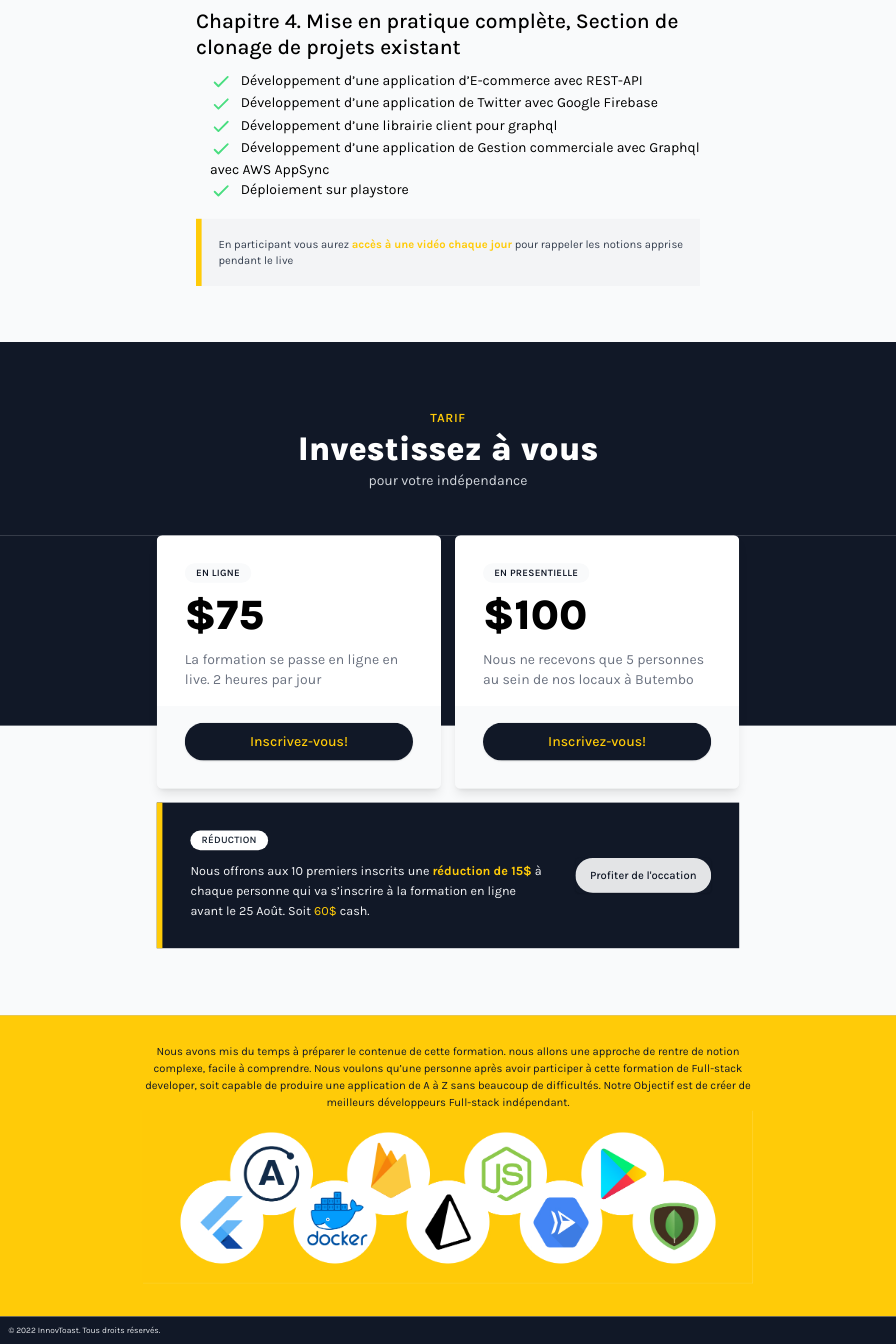
Repository: alfredlwanzo/course
Page: /
These files come from the project's save history. The page is drawn as it stood at one moment and after the next save; the edit follows.
The browser window is 1280 px wide. The pictures show the part of the page from y = 1892 to 3812 px (the page is 3812 px tall before and 3788 px after), at 70% of full size.
The project was rebuilt for these pictures with package versions that can differ from the ones it lists, and the page was loaded fresh each time. The framework's server and built-in components were replaced by stand-ins that run in the browser. Also part of the build but not shown: next.config.js.

Above is the page before, as saved 2022-08-09 17:56:48.

### pages/_app.tsx
import '../src/styles/globals.css'
import type { AppProps } from 'next/app'

function MyApp({ Component, pageProps }: AppProps) {
  return <Component {...pageProps} />
}

export default MyApp

### pages/_document.tsx
import NextDocument, { Html, Head, Main, NextScript } from "next/document";

type Props = {};

class MyDocument extends NextDocument<Props> {
  render() {
    return (
      <Html>
        <Head>
          <link rel="manifest" href="/manifest.json" />
          <link rel="apple-touch-icon" href="/icon.png"></link>
          <meta name="theme-color" content="#FFCB08" />
          <link rel="icon" href="/favicon.ico" />
        </Head>
        <body>
          <Main />
          <NextScript />
        </body>
      </Html>
    );
  }
}

export default MyDocument;

### pages/index.tsx
import type { NextPage } from "next";
import Head from "next/head";
import Footer from "@src/components/Footers/Footer";
import ContentSection from "@src/components/sections/Content";
import HomeSection from "@src/components/sections/Home";
import PricingSection from "@src/components/sections/Pricing";
import Image from "next/image";

const Home: NextPage = () => {
  return (
    <div className="">
      <Head>
        <title>Innov | Bootcamp pour devenir fullStack developpeur</title>
        <meta
          name="description"
          content="Une machine pour vous transformer en développeur Full-Stack"
        />
        <link rel="icon" href="/favicon.ico" />
      </Head>

      <main className="">
        <section className="bg-primary pt-12 md:pt-28 pb-14 md:pb-28">
          {/* section Home */}
          <HomeSection />
        </section>

        {/* section content */}
        <section className="py-6 md:py-20">
          <ContentSection />
        </section>

        {/* Section pricing */}
        <section>
          <PricingSection />
        </section>
        <section className="bg-primary py-10">
          <div className="max-w-4xl mx-auto px-3">
            <p className="text-center text-gray-900">
              Nous avons mis du temps à préparer le contenue de cette formation. nous
              allons une approche de rentre de notion complexe, facile à
              comprendre. Nous voulons qu’une personne après avoir participer à
              cette formation de Full-stack developer, soit capable de produire
              une application de A à Z sans beaucoup de difficultés. Notre
              Objectif est de créer de meilleurs développeurs Full-stack
              indépendant.
            </p>
            <Image
              src="/assets/images/affiche3.jpg"
              alt=""
              width={1658}
              height={469}
              className="mt-10"
            />
          </div>
        </section>
      </main>

      <Footer />
    </div>
  );
};

export default Home;

### src/styles/globals.css

/* Fonts: Comfortaa & Karla */
@import url('https://fonts.googleapis.com/css2?family=Comfortaa:wght@300;400;500;600;700&display=swap');
@import url('https://fonts.googleapis.com/css2?family=Karla:ital,wght@0,200;0,300;0,400;0,500;0,600;0,700;0,800;1,200;1,300;1,400;1,500;1,600;1,700;1,800&display=swap');

/* tailwind */
@tailwind base;
@tailwind components;
@tailwind utilities;


html,
body {
  padding: 0;
  margin: 0;
  @apply bg-gray-50;
  font-family: 'Karla', sans-serif;
}

a {
  color: inherit;
  text-decoration: none;
}

* {
  box-sizing: border-box;
}

### src/components/Footers/Footer.tsx
import React from 'react'
import Copyright from './Copyright'


const Footer = () => {
  return (
    <div className='bg-gray-900'>
        <Copyright/>
    </div>
  )
}

export default Footer

### src/components/sections/Content.tsx
import React from "react";
import { CheckIcon } from "@heroicons/react/outline";

const ContentSection = () => {
  return (
    <article className="max-w-3xl mx-auto px-3 sm:px-6">
      <blockquote className="bg-gray-900 border-l-8 border-l-primary text-xl text-gray-200 p-4">
        <h6 className="text-primary text-3xl font-extrabold">Contenu de la formation</h6>
        Des projets de A à Z. Du frontend au backend en passant par la conception et l’usage des bonnes pratiques. (flutter, <span className="text-primary">nodejs</span>,  mongodb, <span className="text-primary">google cloud run</span>, docker, ...)
        {/* Nous avons mis du temps à préparer afin de produire un contenue riche. Nous avons appliqué une approche de rendre des notions complexes, faciles à apprendre. Nous voulons qu’une personne après avoir participer à cette formation puisse être capable de produire une application de A à Z sans beaucoup de difficultés. Notre Objectif est de créer de meilleurs développeurs Full-stack. */}
      </blockquote>
      {/* Chapter 1 */}
      <div className="mt-6">
        <h2 className="text-3xl font-medium">
          Chapitre 1. Développer des API pour votre application avec Nodejs
        </h2>
        <ul className="list-inside pl-5 mt-4">
          <li className="text-xl ">
            <CheckIcon className="inline-block h-8 w-8 mr-3 text-green-400" />
            Introduction général à nodejs
          </li>
          <li className="text-xl ">
            <CheckIcon className="inline-block h-8 w-8 mr-3 text-green-400" />
            Structure de contrôle
          </li>
          <li className="text-xl ">
            <CheckIcon className="inline-block h-8 w-8 mr-3 text-green-400" />
            Structure de données
          </li>
          <li className="text-xl ">
            <CheckIcon className="inline-block h-8 w-8 mr-3 text-green-400" />
            Introduction à Express.js
          </li>
          <li className="text-xl ">
            <CheckIcon className="inline-block h-8 w-8 mr-3 text-green-400" />
            Premier API REST avec Express
          </li>
          <li className="text-xl ">
            <CheckIcon className="inline-block h-8 w-8 mr-3 text-green-400" />
            Notion sur Mongodb
          </li>
          <li className="text-xl ">
            <CheckIcon className="inline-block h-8 w-8 mr-3 text-green-400" />
            Express et Mongodb + Prisma
          </li>
          <li className="text-xl ">
            <CheckIcon className="inline-block h-8 w-8 mr-3 text-green-400" />
            Notion sur le Graphql
          </li>
          <li className="text-xl ">
            <CheckIcon className="inline-block h-8 w-8 mr-3 text-green-400" />
            Apollo-graphql + mongoose
          </li>
        </ul>
      </div>
      {/* Chapitre 2 */}
      <div className="mt-6">
        <h2 className="text-3xl font-medium">
          Chapitre 2. Mise en pratique de développement serveur
        </h2>
        <ul className="list-inside pl-5 mt-4 ">
          <li className="text-xl ">
            <CheckIcon className="inline-block h-8 w-8 mr-3 text-green-400" />
            REST-API d’E-commerce avec express et mongodb
          </li>
          <li className="text-xl ">
            <CheckIcon className="inline-block h-8 w-8 mr-3 text-green-400" />
            Graphql-API d’application de gestion avec apollo-server et mongodb
          </li>
          <li className="text-xl ">
            <CheckIcon className="inline-block h-8 w-8 mr-3 text-green-400" />
            Dockerfile
          </li>
          <li className="text-xl ">
            <CheckIcon className="inline-block h-8 w-8 mr-3 text-green-400" />
            Déploiement sur Google cloud Run
          </li>
        </ul>
      </div>
      <blockquote className="border-l-8 border-l-primary p-6 mt-6 bg-gray-100 text-gray-700">
      Avec 6 projets réels à développer,
            nous espèrons que vous allez aimer l’aventure.{" "}
            <span className="font-comfortaa font-bold">Innov</span> (notre
            équipe) prépare les séances avec totale concentration, dans le but
            de vous fournir du contenu riche et surtout simple à comprendre.
      </blockquote>
      {/* Chapitre 3 */}
      <div className="mt-6">
        <h2 className="text-3xl font-medium">
          Chapitre 3. Développement mobile avec Flutter
        </h2>
        <ul className="list-inside pl-5 mt-4 ">
          <li className="text-xl ">
            <CheckIcon className="inline-block h-8 w-8 mr-3 text-green-400" />
            Introduction au langage Dart
          </li>
          <li className="text-xl ">
            <CheckIcon className="inline-block h-8 w-8 mr-3 text-green-400" />
            Introduction à flutter
          </li>
          <li className="text-xl ">
            <CheckIcon className="inline-block h-8 w-8 mr-3 text-green-400" />
            Composants (Widgets)
          </li>
          <li className="text-xl ">
            <CheckIcon className="inline-block h-8 w-8 mr-3 text-green-400" />
            State management (Provider)
          </li>
          <li className="text-xl ">
            <CheckIcon className="inline-block h-8 w-8 mr-3 text-green-400" />
            Flutter et Firebase
          </li>
          <li className="text-xl ">
            <CheckIcon className="inline-block h-8 w-8 mr-3 text-green-400" />
            Flutter et SQLite pour le stockage local
          </li>
          <li className="text-xl ">
            <CheckIcon className="inline-block h-8 w-8 mr-3 text-green-400" />
            Flutter pour le Media (Camera, Image, vidéo, audio)
          </li>
        </ul>
      </div>
       {/* Chapitre 4 */}
       <div className="mt-6">
        <h2 className="text-3xl font-medium">
          Chapitre 4. Mise en pratique complète, Section de clonage de projets existant
        </h2>
        <ul className="list-inside pl-5 mt-4 ">
          <li className="text-xl ">
            <CheckIcon className="inline-block h-8 w-8 mr-3 text-green-400" />
            Développement d’une application d’E-commerce avec REST-API
          </li>
          <li className="text-xl ">
            <CheckIcon className="inline-block h-8 w-8 mr-3 text-green-400" />
            Développement d’une application de Twitter avec Google Firebase
          </li>
          <li className="text-xl ">
            <CheckIcon className="inline-block h-8 w-8 mr-3 text-green-400" />
            Développement d’une librairie client pour graphql
          </li>
          <li className="text-xl ">
            <CheckIcon className="inline-block h-8 w-8 mr-3 text-green-400" />
            Développement d’une application de Gestion commerciale avec Graphql avec AWS AppSync
          </li>
          <li className="text-xl ">
            <CheckIcon className="inline-block h-8 w-8 mr-3 text-green-400" />
            Déploiement sur playstore
          </li>
        </ul>
      </div>
      <blockquote className="border-l-8 border-l-primary p-6 mt-6 bg-gray-100 text-gray-700">
        En participant vous aurez <span className="font-bold text-primary">accès à une vidéo chaque jour</span> pour rappeler les notions apprise pendant le live
      </blockquote>
    </article>
  );
};

export default ContentSection;

### src/components/sections/Home.tsx
import React from "react";
import SubscribeButton from "../buttons/SubscribeButton";
import PairProgramming from "../icons/PairProgramming";

const HomeSection = () => {
  return (
    <div className="max-w-7xl mx-auto px-3 sm:px-6">
      <div className="grid md:grid-cols-2 gap-10 lg:gap-0">
        <div className="border-l-8 border-l-gray-900 pl-3">
          <div className="bg-gray-700 bg-opacity-40 w-max py-1 px-3 rounded-full">
            <h6 className="font-bold text-sm md:text-base text-primary">
              Du 1 septembre au 25 octobre 2022.
            </h6>
          </div>
          <h1 className="text-4xl sm:text-5xl text-gray-900 font-extrabold uppercase mt-2">
            Bootcamp pour devenir full-stack developpeur
          </h1>
          <p className="text-xl mt-2 text-gray-900">
            Une machine pour vous transformer en développeur
            Full-Stack. Vous allez apprendre plusieurs notions difficiles à
            trouver dans nos universités.
          </p>
          <div className="hidden md:block mt-9">
            <SubscribeButton />
          </div>
        </div>
        <div className="flex flex-col items-center justify-center">
          <PairProgramming className="w-auto h-48 sm:h-52 md:h-80 -bottom-10" />
          <div className="block md:hidden mt-12">
            <SubscribeButton />
          </div>
        </div>
      </div>
    </div>
  );
};

export default HomeSection;

### src/components/sections/Pricing.tsx

const tiers = [
  {
    name: 'En ligne',
    href: 'https://wa.me/+243978154329',
    price: 75,
    description: "La formation se passe en ligne en live.  2 heures par jour",
  },
  {
    name: 'En presentielle',
    href: 'https://wa.me/+243978154329',
    price: 100,
    description: 'Nous ne recevons que 5 personnes au sein de nos locaux à Butembo',
  },
]

export default function PricingSection() {
  return (
    <div className="bg-gray-900">
      <div className="pt-12 sm:pt-16 lg:pt-24">
        <div className="max-w-4xl mx-auto text-center px-4 sm:px-6 lg:px-8">
          <div className="max-w-3xl mx-auto space-y-2 lg:max-w-none">
            <h2 className="text-lg leading-6 font-semibold text-primary uppercase tracking-wider">Tarif</h2>
            <p className="text-3xl font-extrabold text-white sm:text-4xl lg:text-5xl">
            Investissez à vous
            </p>
            <p className="text-xl text-gray-300">
              pour votre indépendance
            </p>
          </div>
        </div>
      </div>
      <div className="mt-8 pb-12 bg-gray-50 sm:mt-12 sm:pb-16 lg:mt-16 lg:pb-24">
        <div className="relative">
          <div className="absolute inset-0 h-3/4 bg-gray-900" />
          <div className="relative z-10 max-w-4xl mx-auto px-4 sm:px-6 lg:px-8">
            <div className="max-w-md mx-auto space-y-4 lg:max-w-5xl lg:grid lg:grid-cols-2 lg:gap-5 lg:space-y-0">
              {tiers.map((tier) => (
                <div key={tier.name} className="flex flex-col rounded-lg shadow-lg overflow-hidden">
                  <div className="px-6 py-8 bg-white sm:p-10 sm:pb-6">
                    <div>
                      <h3
                        className="inline-flex px-4 py-1 rounded-full text-sm font-semibold tracking-wide uppercase bg-gray-50 text-gray-900"
                        id="tier-standard"
                      >
                        {tier.name}
                      </h3>
                    </div>
                    <div className="mt-4 flex items-baseline text-6xl font-extrabold">
                      ${tier.price}
                    </div>
                    <p className="mt-5 text-xl text-gray-500">{tier.description}</p>
                  </div>
                  <div className="flex-1 flex flex-col justify-between px-6 pt-6 pb-8 bg-gray-50 space-y-6 sm:p-10 sm:pt-6">

                    <div className="rounded-full shadow">
                      <a
                        href={tier.href}
                        target="_blank"
                        rel="noreferrer"
                        className="flex items-center justify-center px-5 py-3 border border-transparent text-xl font-medium rounded-full text-primary bg-gray-900 hover:bg-gray-900"
                        aria-describedby="tier-standard"
                      >
                        Inscrivez-vous!
                      </a>
                    </div>
                  </div>
                </div>
              ))}
            </div>
          </div>
        </div>
        <div className="mt-4 relative max-w-4xl mx-auto px-4 sm:px-6 lg:px-8 lg:mt-5">
          <div className="max-w-md mx-auto lg:max-w-5xl">
            <div className="border-l-8 border-l-primary bg-gray-900 px-6 py-8 sm:p-10 lg:flex lg:items-center">
              <div className="flex-1">
                <div>
                  <h3 className="inline-flex px-4 py-1 rounded-full text-sm font-semibold tracking-wide uppercase bg-white text-gray-800">
                    Réduction
                  </h3>
                </div>
                <div className="mt-4 text-lg text-gray-100">
                Nous offrons aux 10 premiers inscrits une <span className="font-bold text-primary">réduction de 15$</span> à chaque personne qui va s’inscrire à la formation en ligne avant le 25 Août. Soit <span className="text-primary">60$</span> cash.
                </div>
              </div>
              <div className="mt-6 rounded-md shadow lg:mt-0 lg:ml-10 lg:flex-shrink-0">
                <a
                  href="https://wa.me/+243978154329"
                  target="_blank"
                  rel="noreferrer"
                  className="flex items-center justify-center animate-pulse px-5 py-3 border border-transparent text-base font-medium rounded-full text-gray-900 bg-white hover:bg-gray-50"
                >
                  Profiter de l&apos;occation
                </a>
              </div>
            </div>

          </div>
        </div>
      </div>
    </div>
  )
}

### src/components/Footers/Copyright.tsx
import React from 'react'

const Copyright = () => {
  return (
    <div className='max-w-7xl mx-auto px-3 sm:px-6" py-3 text-gray-200 '>
        <p className='text-xs'>© 2022 InnovToast. Tous droits réservés.</p>
    </div>
  )
}

export default Copyright

### src/components/buttons/SubscribeButton.tsx
import React from "react";

const SubscribeButton = () => {
  return (
    <a
      href="https://wa.me/+243978154329"
      target="_blank"
      rel="noreferrer"
      className="bg-gray-900 text-primary animate-pulse py-4 px-10 text-xl font-semibold rounded-full border-4 border-gray-800 hover:bg-opacity-95 hover:border-gray-900"
    >
      Inscrivez-vous!
    </a>
  );
};

export default SubscribeButton;

Loaded but not shown: tailwind.config.js (24 lines, source omitted); src/components/icons/PairProgramming.tsx (865 lines, source omitted)

After the next save:
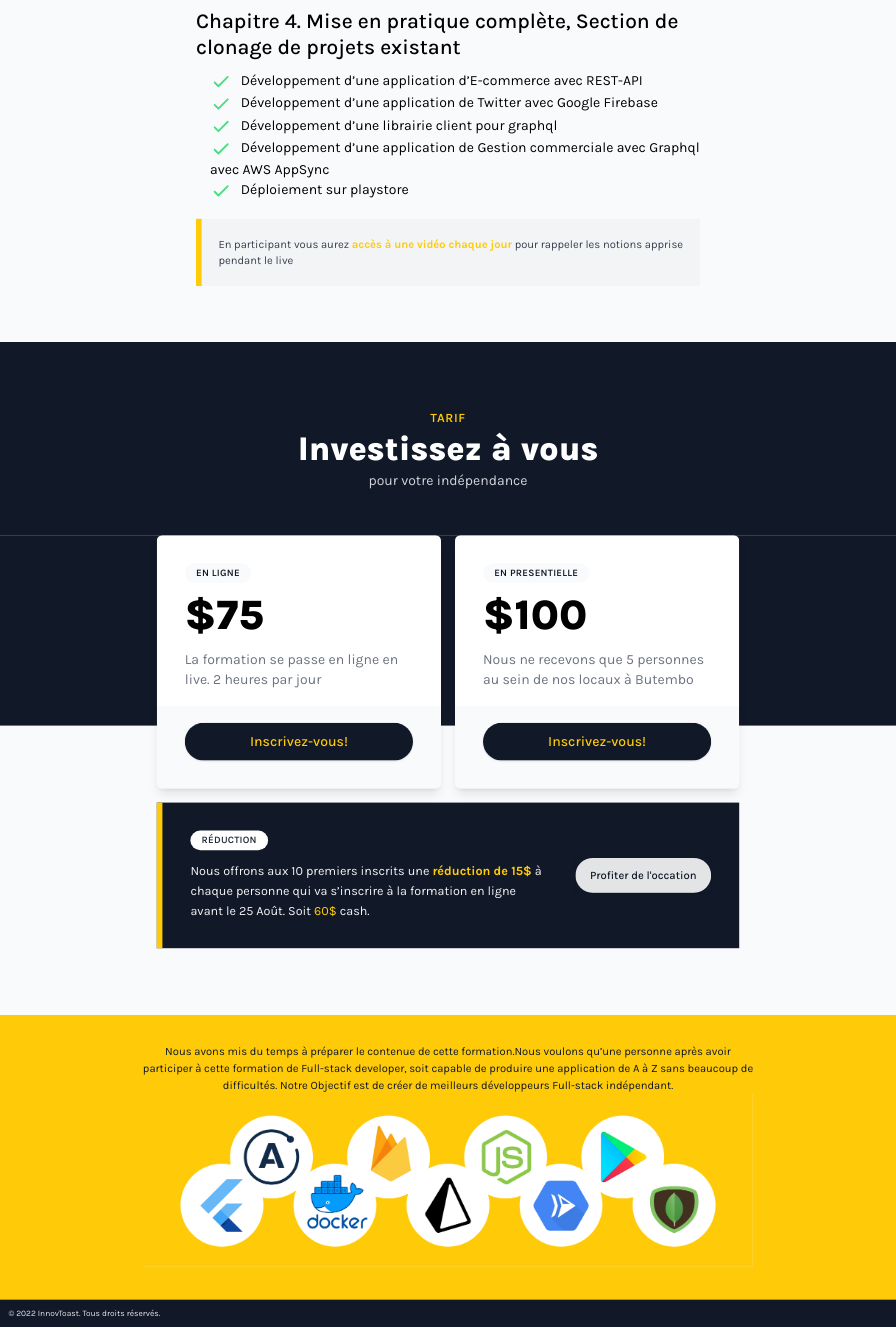
Saved 47 s later.
--- a/pages/index.tsx
+++ b/pages/index.tsx
@@ -36,9 +36,7 @@
         <section className="bg-primary py-10">
           <div className="max-w-4xl mx-auto px-3">
             <p className="text-center text-gray-900">
-              Nous avons mis du temps à préparer le contenue de cette formation. nous
-              allons une approche de rentre de notion complexe, facile à
-              comprendre. Nous voulons qu’une personne après avoir participer à
+              Nous avons mis du temps à préparer le contenue de cette formation.Nous voulons qu’une personne après avoir participer à
               cette formation de Full-stack developer, soit capable de produire
               une application de A à Z sans beaucoup de difficultés. Notre
               Objectif est de créer de meilleurs développeurs Full-stack
